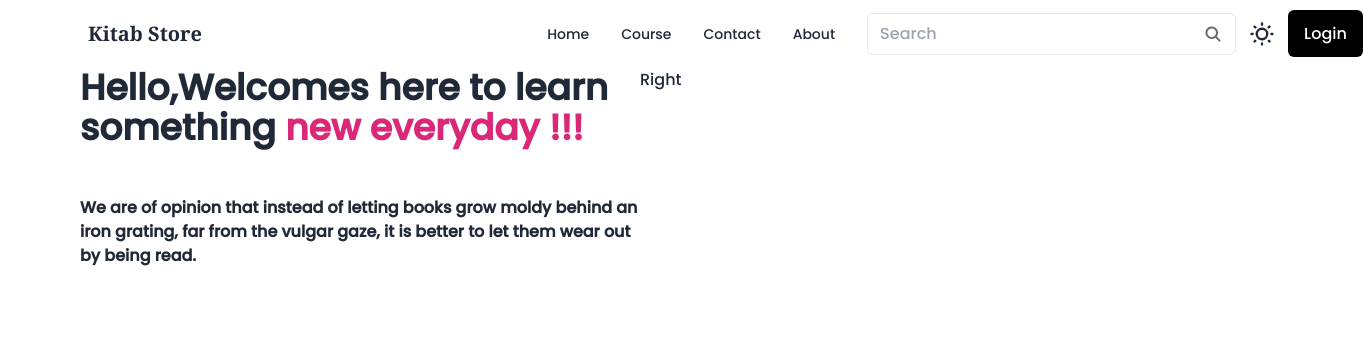
Repository: diensy/Kitab.com
Page: / (app in Frontend/)
The author's editor kept a copy of each file at every save. The page is drawn from the files as they stood at one save, then again after a run of saves.
The browser window is 1280 px wide. The page is 1363 px wide, so the pictures cover 1363 px, including what lies to the right of the window. The pictures show the whole page.
The project was rebuilt for these pictures with package versions that can differ from the ones it lists, and the page was loaded fresh each time. Also part of the build but not shown: Frontend/vite.config.js.

Above is the page before, as saved 2024-07-28 23:28:55.

### Frontend/src/App.jsx
import React from 'react'
import Navbar from './Components/Navbar'
import Banners from './Components/Banner'
const App = () => {
  return (
    <>
    <Navbar/>
    <Banners/>
    </>
  )
}

export default App

### Frontend/src/index.css
@import url("https://fonts.googleapis.com/css2?family=Fredoka:wght@300..700&family=Montserrat:ital,wght@0,100..900;1,100..900&family=Poppins:wght@500&display=swap");
@tailwind base;
@tailwind components;
@tailwind utilities;

body {
  font-family: "Poppins", sans-serif;
}

### Frontend/src/Components/Navbar.jsx
import React from "react";

const Navbar = () => {
  const navItems = (
    <>
      <li>
        <a>Home</a>
      </li>
      <li>
        <a>Course</a>
      </li>
      <li>
        <a>Contact</a>
      </li>
      <li>
        <a>About</a>
      </li>
    </>
  );
  return (
    <>
      <div className="max-w-screen-2xl container mx-auto md:px-20 px-4">
        <div className="navbar bg-base-100">
          <div className="navbar-start">
            <div className="dropdown">
              <div
                tabIndex={0}
                role="button"
                className="btn btn-ghost lg:hidden"
              >
                <svg
                  xmlns="http://www.w3.org/2000/svg"
                  className="h-5 w-5"
                  fill="none"
                  viewBox="0 0 24 24"
                  stroke="currentColor"
                >
                  <path
                    strokeLinecap="round"
                    strokeLinejoin="round"
                    strokeWidth="2"
                    d="M4 6h16M4 12h8m-8 6h16"
                  />
                </svg>
              </div>
              <ul
                tabIndex={0}
                className="menu menu-sm dropdown-content bg-base-100 rounded-box z-[1] mt-3 w-52 p-2 shadow"
              >
                {navItems}
              </ul>
            </div>
            <a className="text-xl font-bold cursor-pointer font-serif">
              Kitab Store
            </a>
          </div>
          <div className="nav-end space-x-3">
            <div className="navbar-center hidden lg:flex ">
              <ul className="menu menu-horizontal px-1">{navItems}</ul>
            </div>
            <div className="hidden md:block">
              <label className="flex items-center gap-2 border outline-none px-3 py-2 rounded-md">
                <input type="text" className="grow" placeholder="Search" />
                <svg
                  xmlns="http://www.w3.org/2000/svg"
                  viewBox="0 0 16 16"
                  fill="currentColor"
                  className="h-5 w-5 opacity-70"
                >
                  <path
                    fillRule="evenodd"
                    d="M9.965 11.026a5 5 0 1 1 1.06-1.06l2.755 2.754a.75.75 0 1 1-1.06 1.06l-2.755-2.754ZM10.5 7a3.5 3.5 0 1 1-7 0 3.5 3.5 0 0 1 7 0Z"
                    clipRule="evenodd"
                  />
                </svg>
              </label>
            </div>
            <label className="swap swap-rotate">
              {/* this hidden checkbox controls the state */}
              <input
                type="checkbox"
                className="theme-controller"
                value="synthwave"
              />

              {/* sun icon */}
              <svg
                className="swap-off h-7 w-7 fill-current"
                xmlns="http://www.w3.org/2000/svg"
                viewBox="0 0 24 24"
              >
                <path d="M5.64,17l-.71.71a1,1,0,0,0,0,1.41,1,1,0,0,0,1.41,0l.71-.71A1,1,0,0,0,5.64,17ZM5,12a1,1,0,0,0-1-1H3a1,1,0,0,0,0,2H4A1,1,0,0,0,5,12Zm7-7a1,1,0,0,0,1-1V3a1,1,0,0,0-2,0V4A1,1,0,0,0,12,5ZM5.64,7.05a1,1,0,0,0,.7.29,1,1,0,0,0,.71-.29,1,1,0,0,0,0-1.41l-.71-.71A1,1,0,0,0,4.93,6.34Zm12,.29a1,1,0,0,0,.7-.29l.71-.71a1,1,0,1,0-1.41-1.41L17,5.64a1,1,0,0,0,0,1.41A1,1,0,0,0,17.66,7.34ZM21,11H20a1,1,0,0,0,0,2h1a1,1,0,0,0,0-2Zm-9,8a1,1,0,0,0-1,1v1a1,1,0,0,0,2,0V20A1,1,0,0,0,12,19ZM18.36,17A1,1,0,0,0,17,18.36l.71.71a1,1,0,0,0,1.41,0,1,1,0,0,0,0-1.41ZM12,6.5A5.5,5.5,0,1,0,17.5,12,5.51,5.51,0,0,0,12,6.5Zm0,9A3.5,3.5,0,1,1,15.5,12,3.5,3.5,0,0,1,12,15.5Z" />
              </svg>

              {/* moon icon */}
              <svg
                className="swap-on h-7 w-7 fill-current"
                xmlns="http://www.w3.org/2000/svg"
                viewBox="0 0 24 24"
              >
                <path d="M21.64,13a1,1,0,0,0-1.05-.14,8.05,8.05,0,0,1-3.37.73A8.15,8.15,0,0,1,9.08,5.49a8.59,8.59,0,0,1,.25-2A1,1,0,0,0,8,2.36,10.14,10.14,0,1,0,22,14.05,1,1,0,0,0,21.64,13Zm-9.5,6.69A8.14,8.14,0,0,1,7.08,5.22v.27A10.15,10.15,0,0,0,17.22,15.63a9.79,9.79,0,0,0,2.1-.22A8.11,8.11,0,0,1,12.14,19.73Z" />
              </svg>
            </label>
            <div className="">
              <a className="bg-black text-white px-4 py-3 rounded-md hover:bg-slate-800 duration-300 cursor-pointer">
                Login
              </a>
            </div>
          </div>
        </div>
      </div>
    </>
  );
};

export default Navbar;

### Frontend/src/Components/Banner.jsx
import React from "react";

const Banner = () => {
  return (
    <>
      <div className="max-w-screen-2xl container mx-auto md:px-20 px-4 flex flex-col md:flex-row">
        <div className="w-full md:w-1/2 mt-">
          <div className="space-y-12">
            <h1 className="text-4xl font-bold">
              Hello,Welcomes here to learn something
              <span className="text-pink-600 "> new everyday !!!</span>
            </h1>
            <p className="font-semibold">
              We are of opinion that instead of letting books grow moldy behind
              an iron grating, far from the vulgar gaze, it is better to let
              them wear out by being read.
            </p>
          </div>
        </div>
        <div className="w-full md:w-1/2">Right</div>
      </div>
    </>
  );
};

export default Banner;

Loaded but not shown: Frontend/index.html (common file); Frontend/src/main.jsx (common file); Frontend/tailwind.config.js (common file)

After the next 4 saves:
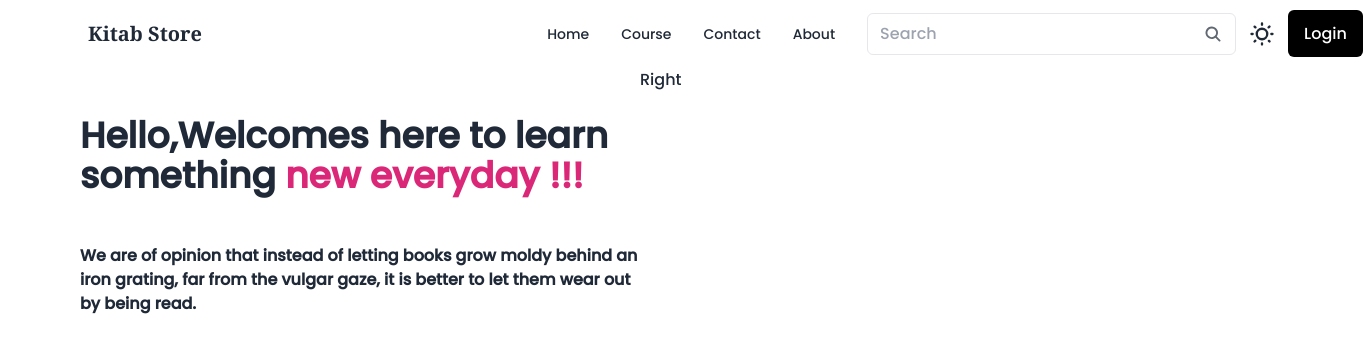
The 4 saves are shown as one change because they came seconds apart.
The last was saved 12 s later.
--- a/Frontend/src/Components/Banner.jsx
+++ b/Frontend/src/Components/Banner.jsx
@@ -4,7 +4,7 @@ const Banner = () => {
   return (
     <>
       <div className="max-w-screen-2xl container mx-auto md:px-20 px-4 flex flex-col md:flex-row">
-        <div className="w-full md:w-1/2 mt-">
+        <div className="w-full md:w-1/2 mt-12 md:mt-">
           <div className="space-y-12">
             <h1 className="text-4xl font-bold">
               Hello,Welcomes here to learn something
